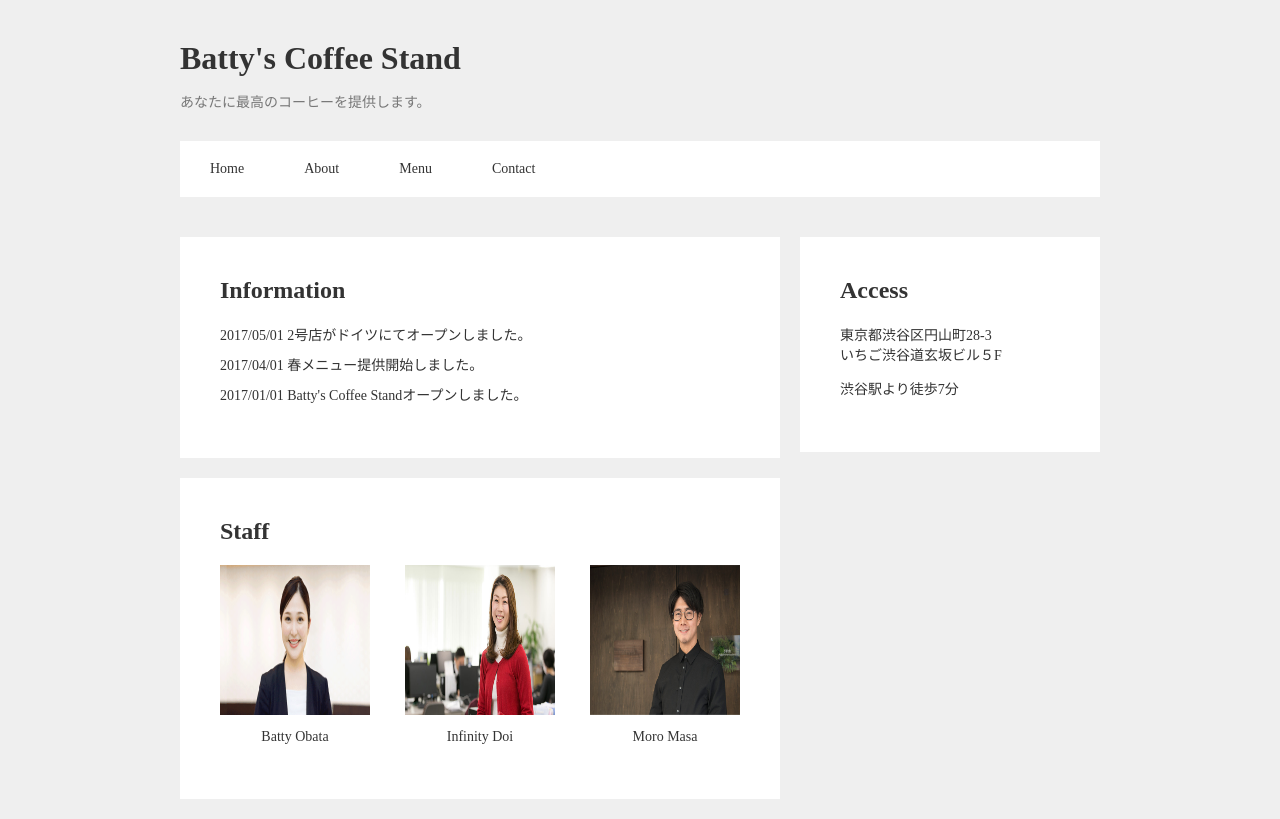
Repository: Sissy7-2/Tip-Memo
Page: html/batty_coffee_stand/index.html
The author's editor kept a record of every edit. The page is drawn from the files as they stood at one moment, then again after the next edit.
The browser window is 1280 px wide. The pictures show the whole page.

Above is the page before.

After the next edit:
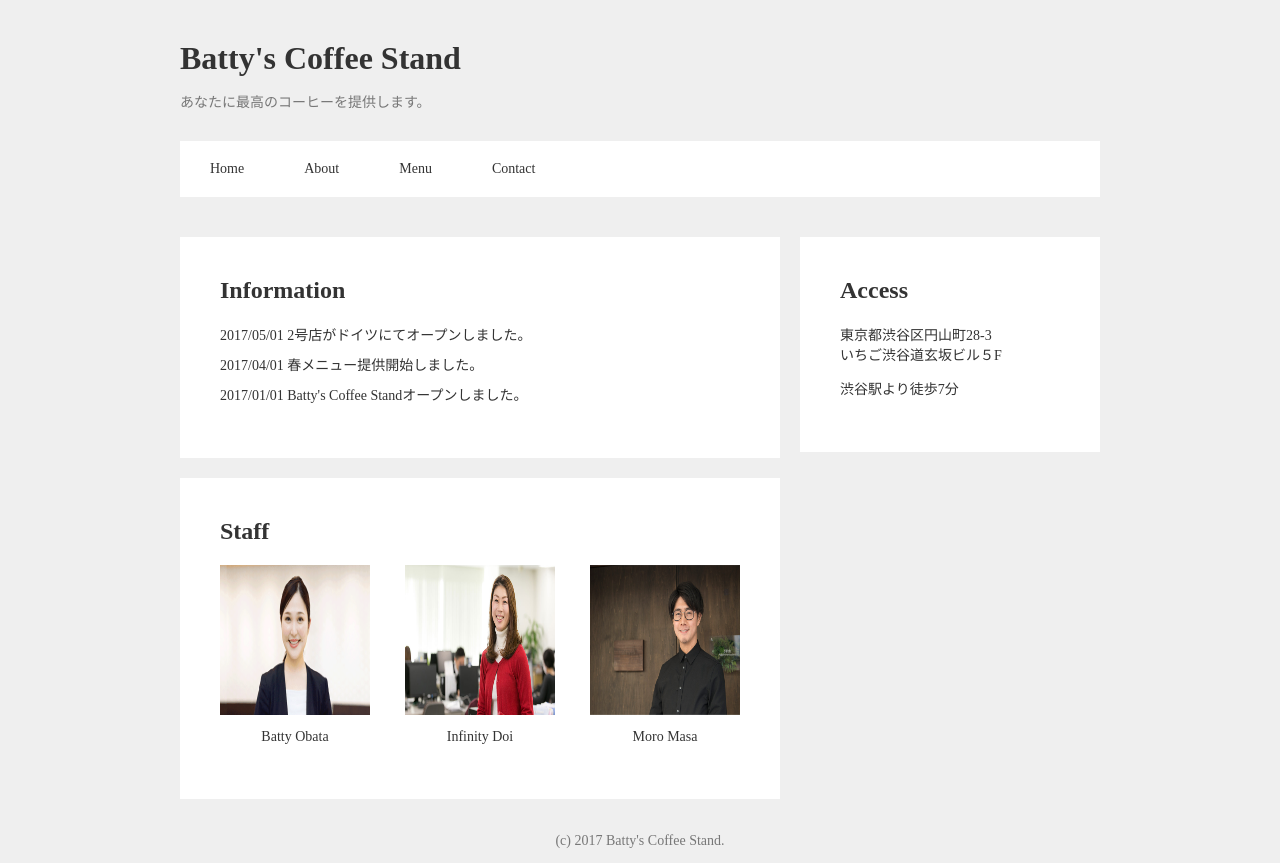
The edit:
--- a/html/batty_coffee_stand/index.html
+++ b/html/batty_coffee_stand/index.html
@@ -59,6 +59,9 @@
                         </div>
                         </div>
                         </div>
+                        <footer>
+                            <p class="copyright">(c) 2017 Batty's Coffee Stand.</p>
+                        </footer>
 
     </body>
 </html>
